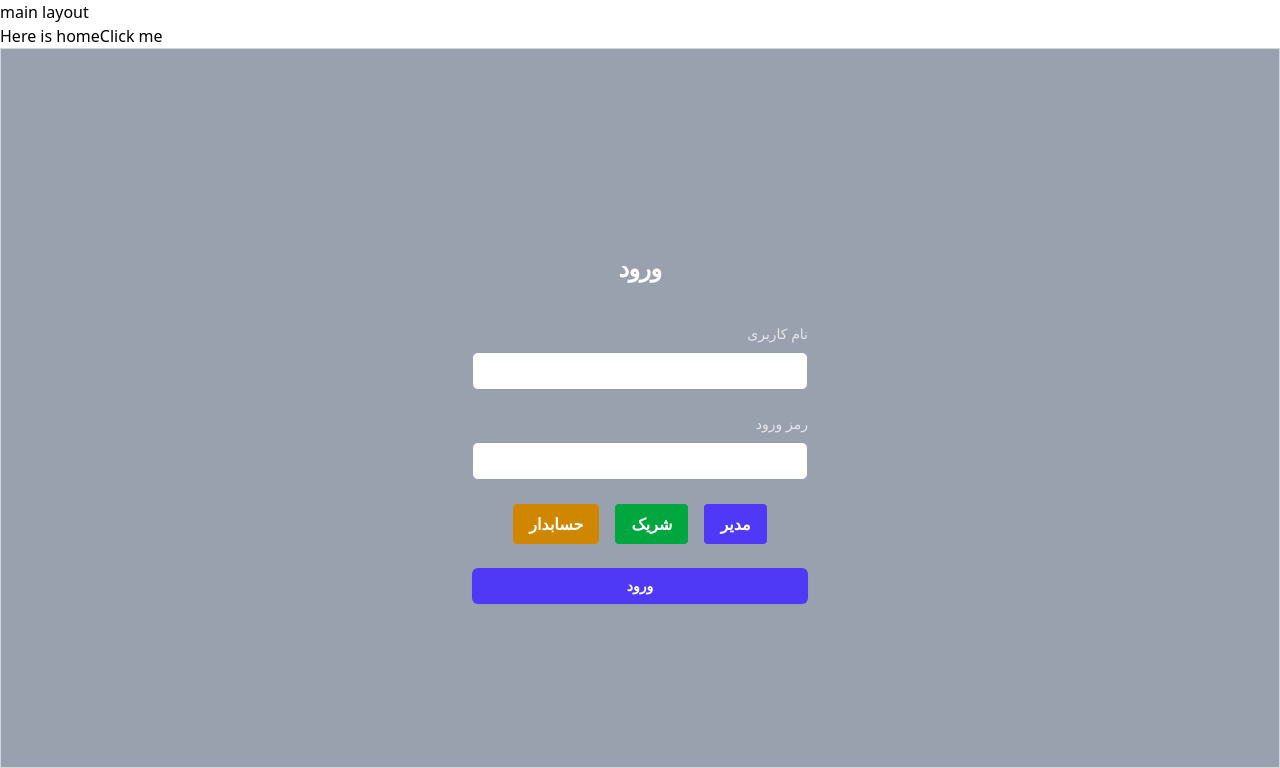
Repository: fuad303/karokhy-frontend
Page: /
The author's editor kept a copy of each file at every save. The page is drawn from the files as they stood at one save, then again after the next save.
The browser window is 1280 px wide. The pictures show the whole page.
The project was rebuilt for these pictures with package versions that can differ from the ones it lists, and the page was loaded fresh each time. Also part of the build but not shown: vite.config.ts, src/layouts/AuthLayout.tsx.

Above is the page before, as saved 2025-12-08 12:53:20.

After the next save:
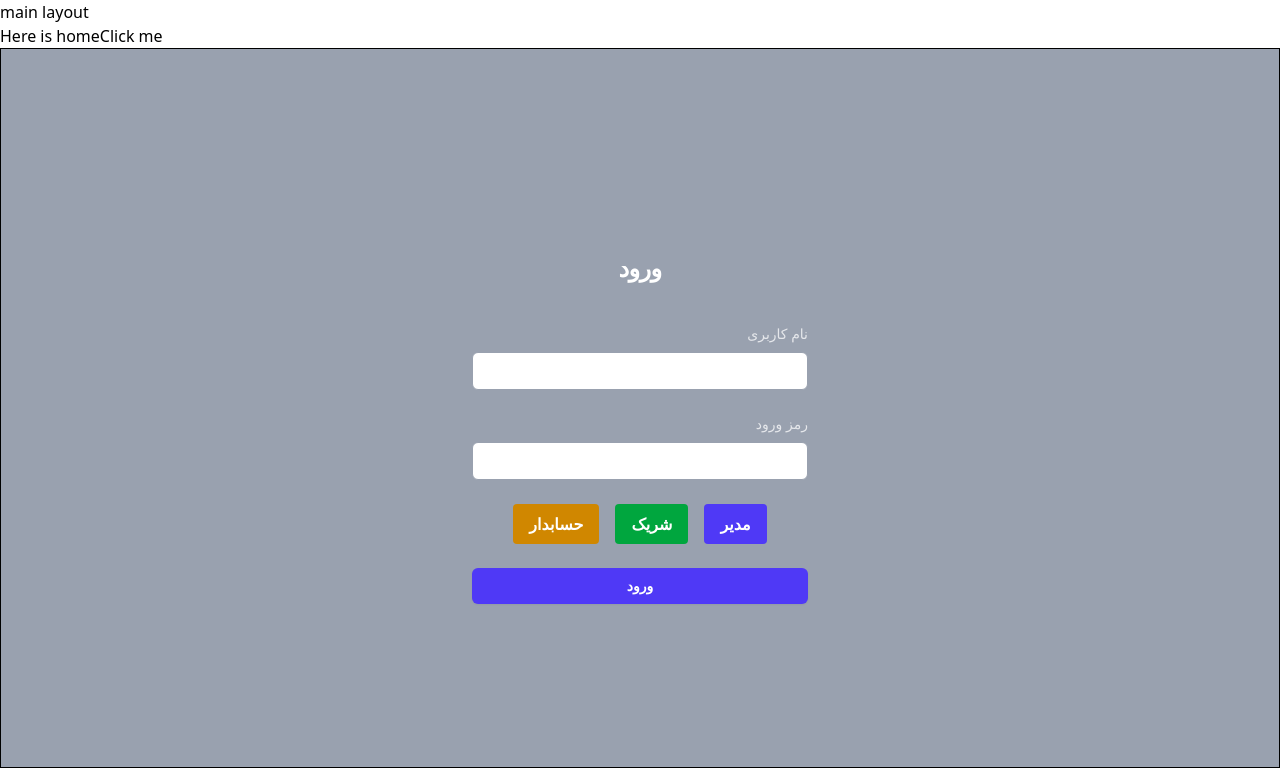
Saved 6 s later.
--- a/src/components/LoginPage.tsx
+++ b/src/components/LoginPage.tsx
@@ -3,7 +3,7 @@ import React from "react";
 function LoginPage() {
   return (
     <div
-      className="min-h-screen bg-gray-400 flex items-center justify-center border border-gray-300"
+      className="min-h-screen bg-gray-400 flex items-center justify-center border border-white-300"
       dir="rtl"
     >
       <div className="flex flex-col justify-center px-6 py-12 sm:w-full sm:max-w-sm">
